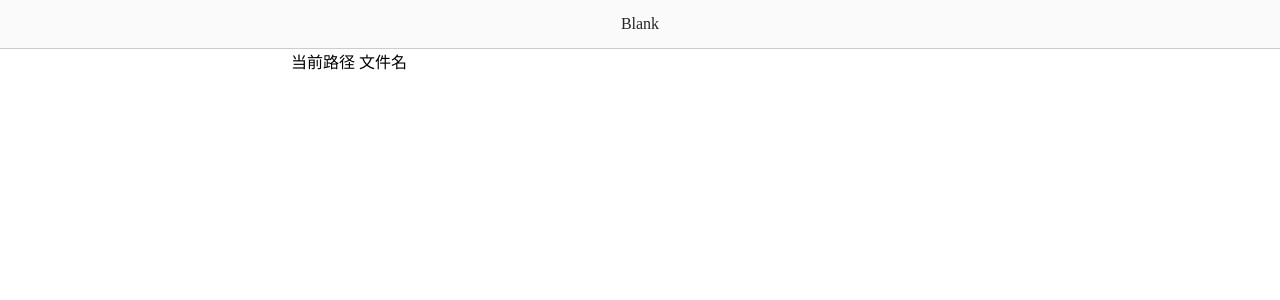
Repository: andycj7/-
Page: JS插件开发/filesystem/index.html
An editor plug-in stored every save of this project. The page is shown before and after a run of saves, followed by the edit.
The browser window is 1280 px wide. The pictures show the whole page.

Above is the page before, as saved 2020-07-21 07:43:38.
Console error (its wording comes from the project's code and is left out).

### JS插件开发/filesystem/index.html
<html>

<head>
<meta charset="utf-8">
<meta name="viewport"
	content="initial-scale=1, maximum-scale=1, user-scalable=no, width=device-width">
<title>Blank</title>
<link rel="stylesheet" href="css/base.css">
</head>

<body>
	<div class="title">Blank</div>
	<div class="line"></div>
	<div class="div-parent">
		<div class="div-control">
			<div>
				<label>当前路径</label>
				<label>文件名</label>
			</div>
			<div>

			</div>
		</div>
		<div id="div_display" class="div-child-2">
		</div>
	</div>
</body>
<script src="js/GeoBOS.min.js"></script>
<script src="js/GeoBOS.filesystem.min.js"></script>
<script src="js/index.js"></script>
</html>

### JS插件开发/filesystem/css/base.css
@charset "UTF-8";

body {
	margin: 0;
}

.title {
	height: 48px;
	font-size: 16px;
	line-height: 48px;
	text-align: center;
	color: rgba(0, 0, 0, .85);
	background-color: #fafafa;
}

.line {
	width: 100%;
	height: 1px;
	background-color: rgb(204, 204, 204);
}

.div-parent {
	display: flex;
	flex-direction: column;
	justify-content: center;
	width: 100%;
}

.div-control {
	display: flex;
	flex-direction: row;
	justify-content: space-around;
}

.div-child-2 {

}

.label {
	width: 16%;
	height: 30px;
	text-align: center;
	line-height: 30px;
	font-size: 10px;
}

.input-path {
	width: 60%;
	height: 30px;
	overflow: hidden;
	line-height: 20px;
	font-size: 15px;
	font-size: 12px;
}

.button {
	width: 12%;
	height: 30px;
	font-size: 12px;
}

.input-file {
	width: 100%;
	height: 30px;
	overflow: hidden;
	border: none;
	line-height: 35px;
	font-size: 15px;
}

### JS插件开发/filesystem/js/GeoBOS.filesystem.min.js
GeoBOS.filesystem = {

	init : function (cb) {
		GeoBOS.plugin.execute("FileSystemPlugin", "init", GeoBOS.getId(), '', null, cb);
	},
	open : function (name, cb) {
		GeoBOS.plugin.execute("FileSystemPlugin", "open", GeoBOS.getId(), name, null, cb);
	},
	back : function (cb) {
		GeoBOS.plugin.execute("FileSystemPlugin", "back", GeoBOS.getId(), '', null, cb);
	}
}

Loaded but not shown: JS插件开发/filesystem/js/GeoBOS.min.js (library); JS插件开发/filesystem/js/index.js (no copy from this time; the picture is the same without it)

After the next 2 saves:
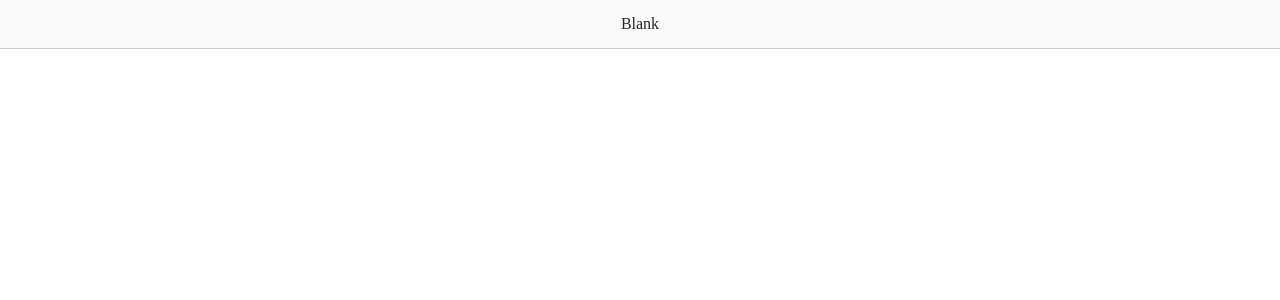
The 2 saves are shown as one change because they came seconds apart.
The last was saved 32 s later.
--- a/JS插件开发/filesystem/index.html
+++ b/JS插件开发/filesystem/index.html
@@ -13,13 +13,8 @@
 	<div class="line"></div>
 	<div class="div-parent">
 		<div class="div-control">
-			<div>
-				<label>当前路径</label>
-				<label>文件名</label>
-			</div>
-			<div>
 
-			</div>
+
 		</div>
 		<div id="div_display" class="div-child-2">
 		</div>
